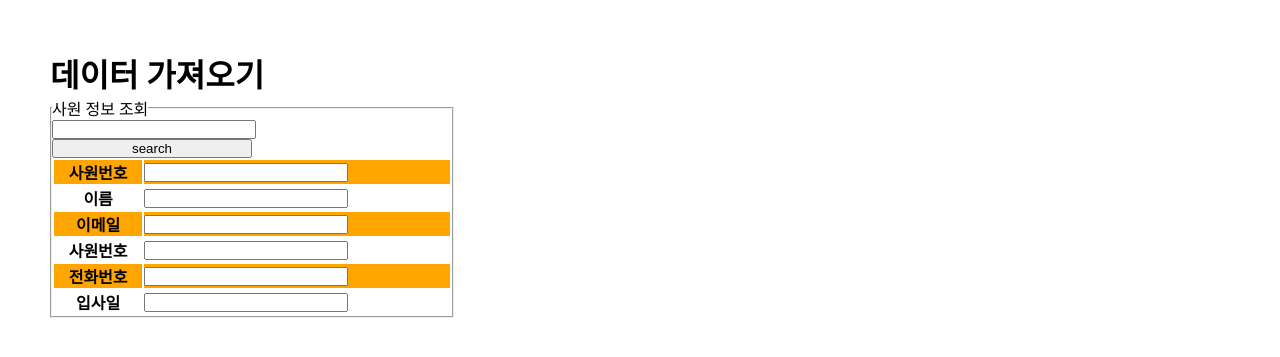
Repository: lafayetteey/WorkSpace
Page: workspace_jq_Ajax/UI_JQ_Ajax/WebContent/jq21_ajax.html
These files come from the project's save history. The page is drawn as it stood at one moment and after the next save; the edit follows.
The browser window is 1280 px wide. The pictures show the whole page.

Above is the page before, as saved 2020-06-22 08:29:27.

After the next save:
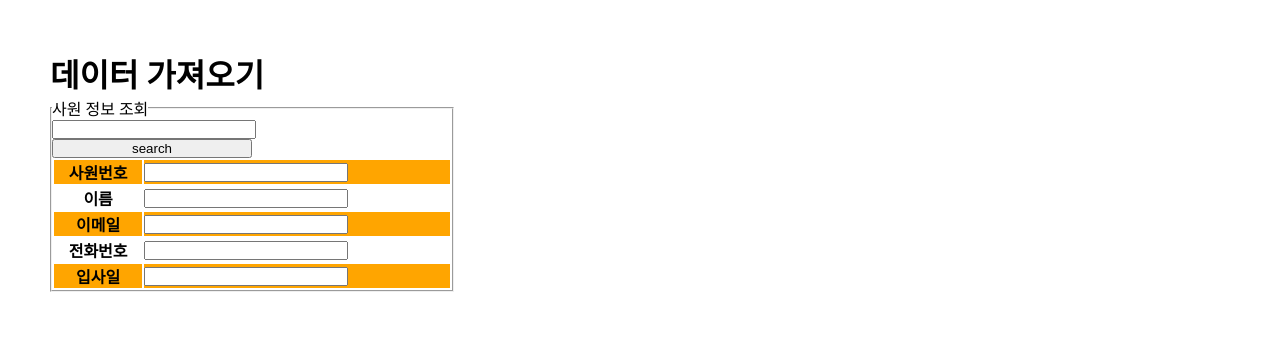
Saved 28 s later.
--- a/workspace_jq_Ajax/UI_JQ_Ajax/WebContent/jq21_ajax.html
+++ b/workspace_jq_Ajax/UI_JQ_Ajax/WebContent/jq21_ajax.html
@@ -70,10 +70,6 @@
 				<td><input type="text" name="empNum"></td>
 			</tr>
 			<tr>
-				<th>사원번호</th>
-				<td><input type="text" name="empNum"></td>
-			</tr>
-			<tr>
 				<th>전화번호</th>
 				<td><input type="text" name="empNum"></td>
 			</tr>
